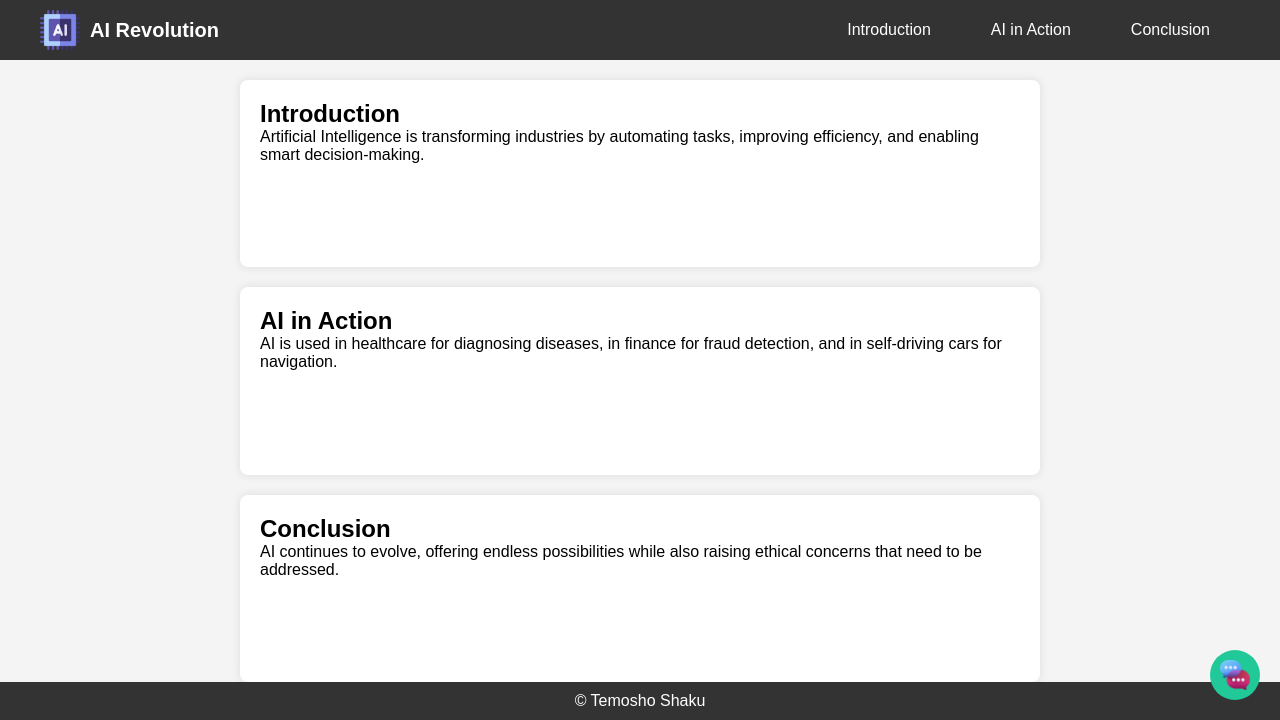
Repository: TemoshoS/ai
Page: index.html
The author's editor kept a copy of each file at every save. The page is drawn from the files as they stood at one save, then again after the next save.
The browser window is 1280 px wide. The pictures show the whole page.

Above is the page before, as saved 2025-02-16 16:56:48.

After the next save:
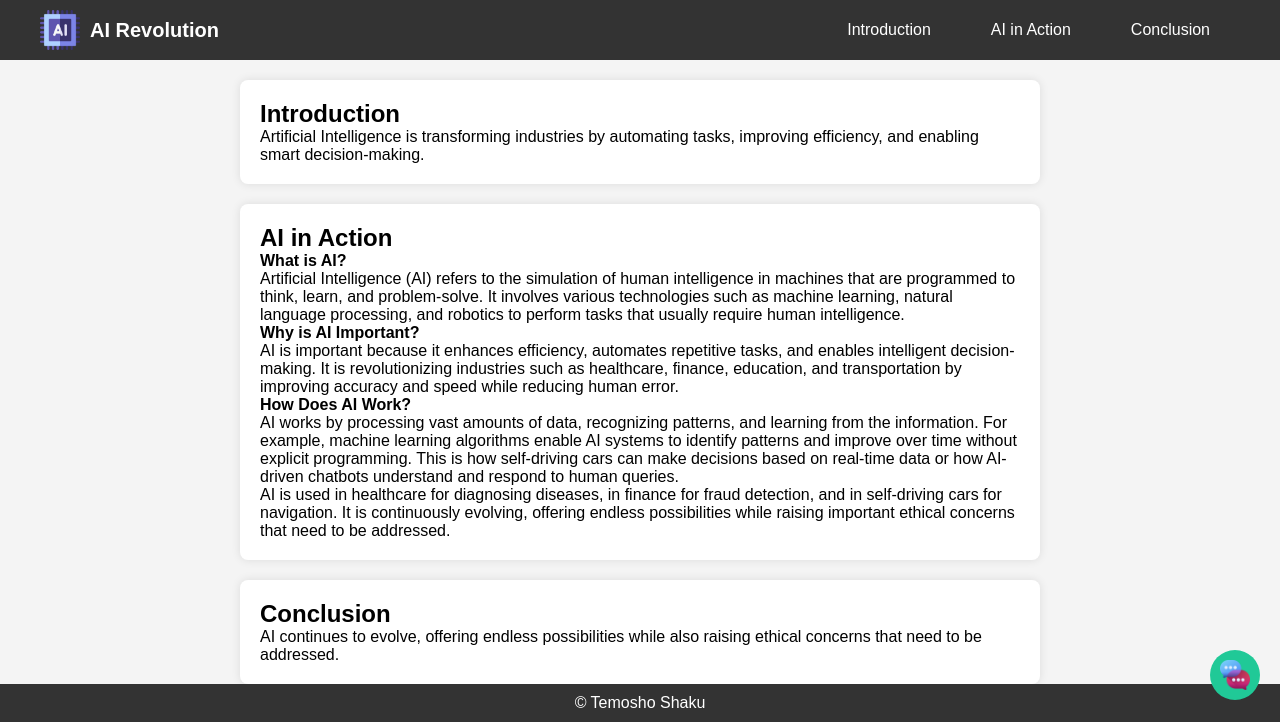
Saved 34 s later.
--- a/index.html
+++ b/index.html
@@ -29,7 +29,13 @@
 
     <section id="body">
         <h2>AI in Action</h2>
-        <p>AI is used in healthcare for diagnosing diseases, in finance for fraud detection, and in self-driving cars for navigation.</p>
+        <p><strong>What is AI?</strong><br>Artificial Intelligence (AI) refers to the simulation of human intelligence in machines that are programmed to think, learn, and problem-solve. It involves various technologies such as machine learning, natural language processing, and robotics to perform tasks that usually require human intelligence.</p>
+
+        <p><strong>Why is AI Important?</strong><br>AI is important because it enhances efficiency, automates repetitive tasks, and enables intelligent decision-making. It is revolutionizing industries such as healthcare, finance, education, and transportation by improving accuracy and speed while reducing human error.</p>
+
+        <p><strong>How Does AI Work?</strong><br>AI works by processing vast amounts of data, recognizing patterns, and learning from the information. For example, machine learning algorithms enable AI systems to identify patterns and improve over time without explicit programming. This is how self-driving cars can make decisions based on real-time data or how AI-driven chatbots understand and respond to human queries.</p>
+
+        <p>AI is used in healthcare for diagnosing diseases, in finance for fraud detection, and in self-driving cars for navigation. It is continuously evolving, offering endless possibilities while raising important ethical concerns that need to be addressed.</p>
     </section>
 
     <div id="chatbot">
